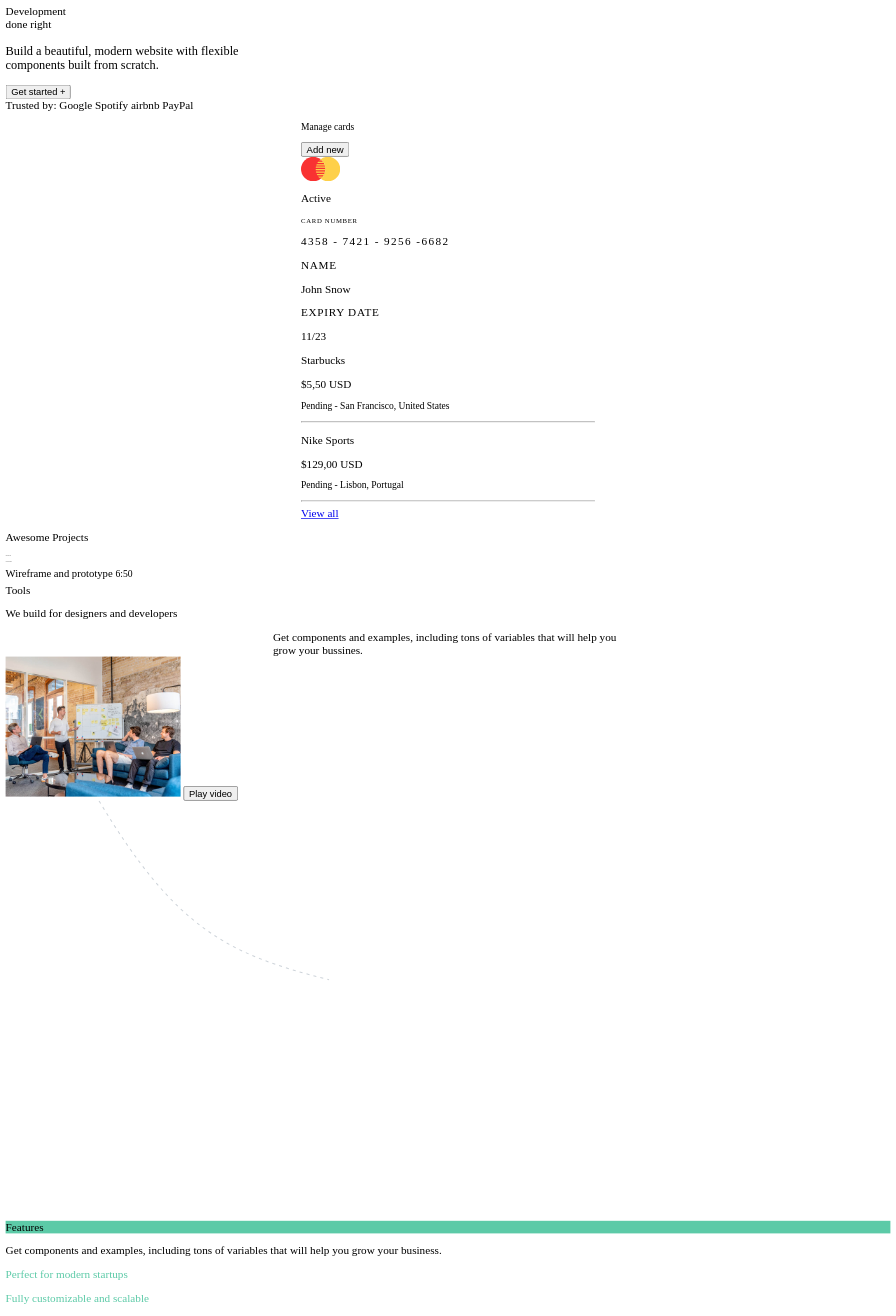
Repository: brandonc16/odoo-task
Page: components/hero.html
The author's editor kept a copy of each file at every save. The page is drawn from the files as they stood at one save, then again after the next save.
The browser window is 1280 px wide. The pictures show the whole page, at 70% of full size.

Above is the page before, as saved 2026-03-16 01:22:10.

After the next save:
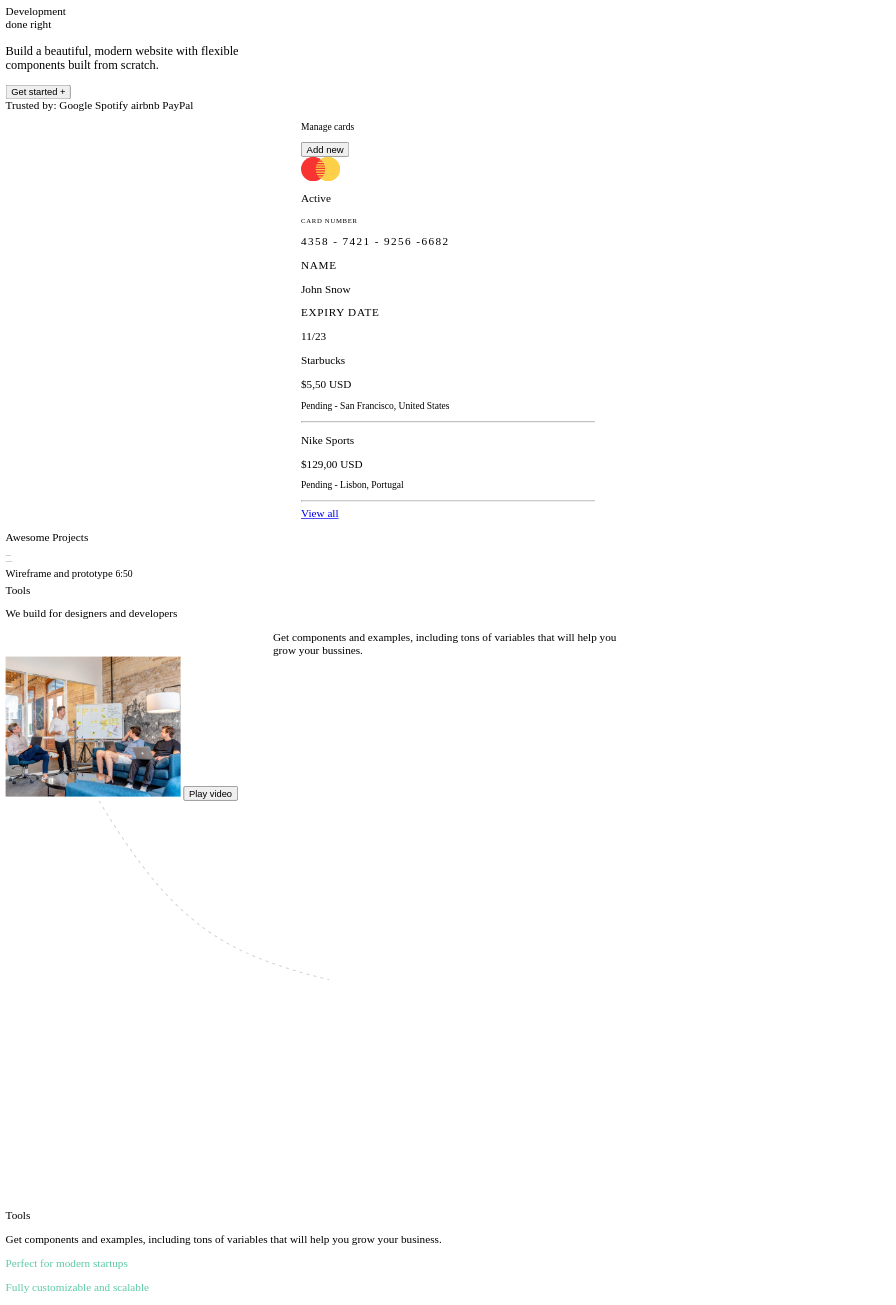
Saved 37 s later.
--- a/components/hero.html
+++ b/components/hero.html
@@ -263,12 +263,17 @@
 <div class="py-5 my-5 position-relative overflow-hidden">
   <div class="px-lg-10 align-items-center">
     <div class="col-12 col-lg-5 mb-5 mb-lg-0">
-      <p
+      <span
+      class="badge bg-warning text-white px-3 py-2 rounded-pill mb-4 fs-6"
+    >
+      Tools
+    </span>
+<!--       <p
         class="badge rounded-3 text-white mb-4 fs-6 p-3"
         style="background-color: #5ccaa7"
       >
         Features
-      </p>
+      </p> -->
 
       <p class="fw-bold mb-5">
         Get components and examples, including tons of variables that will help
